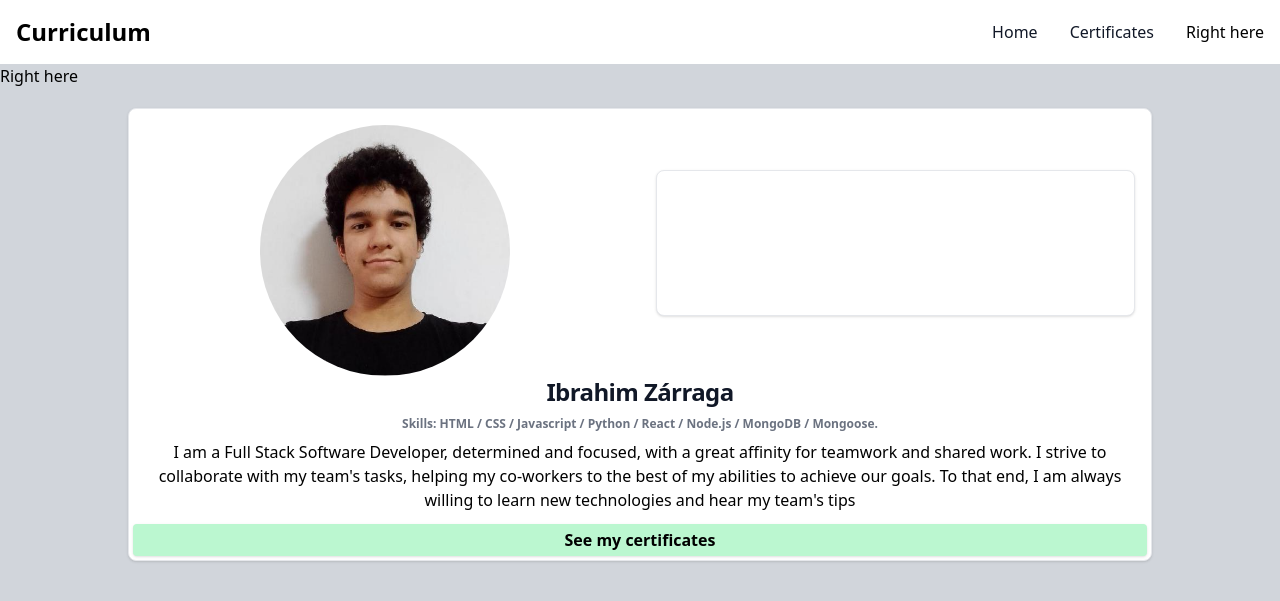
Repository: JetPi/Presentatio-Project
Page: /
The author's editor kept a copy of each file at every save. The page is drawn from the files as they stood at one save, then again after the next save.
The browser window is 1280 px wide. The pictures show the whole page.
The project was rebuilt for these pictures with package versions that can differ from the ones it lists, and the page was loaded fresh each time. The framework's server and built-in components were replaced by stand-ins that run in the browser. Also part of the build but not shown: next.config.js.

Above is the page before, as saved 2023-04-04 15:21:48.

After the next save:
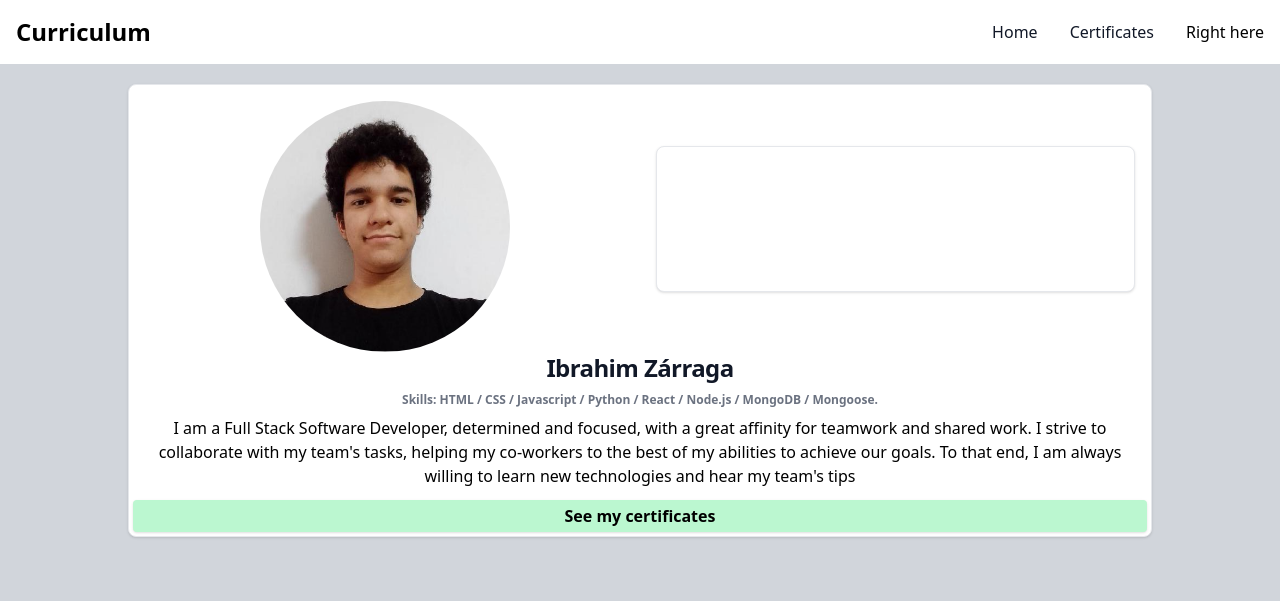
Saved 23 s later.
--- a/src/pages/index.tsx
+++ b/src/pages/index.tsx
@@ -37,14 +37,9 @@ for (let i = 0; i < mySkills.length; i++) {
 
 export default function Home() {
   const router = useRouter();
-  const { locale, locales, defaultLocale, asPath, pathname, query } = router;
-  console.log(locale);
+  const { locale } = router;
   return (
     <>
-      <Link href={{ pathname, query }} as={asPath} locale={"es-ES"}>
-        {" "}
-        Right here
-      </Link>
       <div className="flex justify-center pt-5 ">
         <Card styling="flex flex-col w-4/5">
           <div className="grid grid-cols-2">
